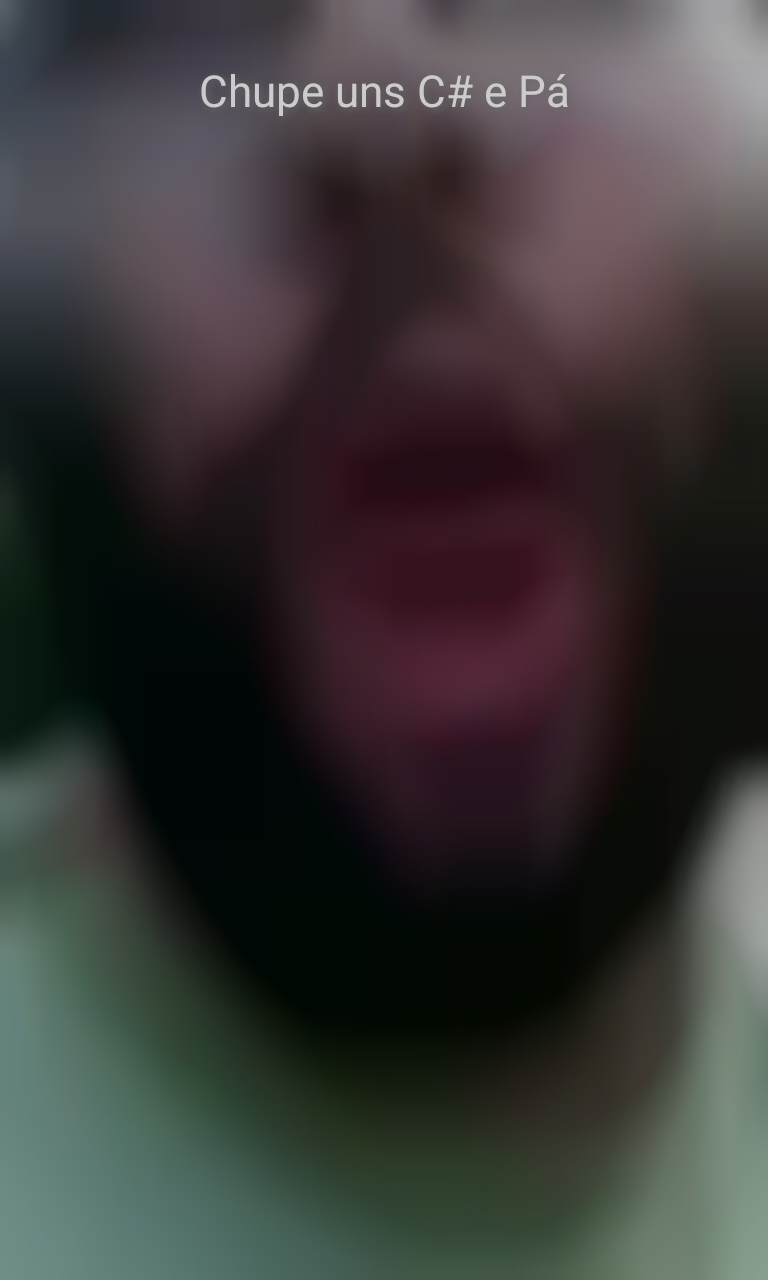
Repository: Cookahn/bioca_sounds
Layout: ChicoBiocaApp/res/layout/remix_activity.xml
The author's editor kept a copy of each file at every save. The layout is drawn from the files as they stood at one save, then again after the next save.
It is drawn on a 768 x 1280 px phone screen (xhdpi) without system bars, with theme AppTheme; the app's code is not run.

Above is the layout before, as saved 2014-08-13 14:44:09.

### ChicoBiocaApp/res/layout/remix_activity.xml
<?xml version="1.0" encoding="utf-8"?>
<LinearLayout xmlns:android="http://schemas.android.com/apk/res/android"
    android:layout_width="match_parent"
    android:layout_height="match_parent"
    android:background="@drawable/backgroundtofuck"
    android:orientation="vertical" >

    <TextView
        android:id="@+id/text_bioca"
        android:layout_width="match_parent"
        android:layout_height="50dp"
        android:layout_marginTop="30dp"
        android:layout_marginBottom="30dp"
        android:gravity="center_horizontal"
        android:shadowColor="#666"
        android:shadowDx="2"
        android:background="#3333380"
        android:shadowDy="2"
        android:shadowRadius="6"
        android:text="@string/suck_an_ass_and_pa"
        android:textColor="#ccc"
        android:textSize="22sp" />

    <ScrollView
        android:layout_width="match_parent"
        android:layout_height="match_parent" >

        <LinearLayout
            android:id="@+id/linear_button"
            android:layout_width="match_parent"
            android:layout_height="wrap_content"
            android:gravity="center_horizontal"
            android:orientation="vertical" >

            <!--
                 <Button
            android:id="@+id/i_want_to_know"
            android:layout_width="0dp"
            android:layout_height="wrap_content"
            android:layout_margin="5dp"
            android:layout_weight="1"
            android:background="@drawable/button_song"
            android:gravity="bottom|right"
            android:text="@string/i_want_to_know"
            android:textColor="#fff"
            android:textSize="12sp" />

        <Button
            android:id="@+id/glu"
            android:layout_width="0dp"
            android:layout_height="wrap_content"
            android:layout_margin="5dp"
            android:layout_weight="1"
            android:background="@drawable/button_song"
            android:gravity="bottom|right"
            android:text="@string/gluu"
            android:textColor="#fff"
            android:textSize="12sp" />

        <Button
            android:id="@+id/suck_ass"
            android:layout_width="0dp"
            android:layout_height="wrap_content"
            android:layout_margin="5dp"
            android:layout_weight="1"
            android:background="@drawable/button_song"
            android:gravity="bottom|right"
            android:text="@string/suck_an_ass"
            android:textColor="#fff"
            android:textSize="12sp" />
    </LinearLayout>

        <LinearLayout
        android:layout_width="match_parent"
        android:layout_height="wrap_content"
        android:orientation="horizontal"
        android:weightSum="3" >

        <Button
            android:id="@+id/pff_pff_pff"
            android:layout_width="0dp"
            android:layout_height="wrap_content"
            android:layout_margin="5dp"
            android:layout_weight="1"
            android:background="@drawable/button_song"
            android:gravity="bottom|right"
            android:text="@string/pff_pff_pff"
            android:textColor="#fff"
            android:textSize="12sp" />
            -->
        </LinearLayout>
    </ScrollView>

</LinearLayout>

### ChicoBiocaApp/res/values/strings.xml
<?xml version="1.0" encoding="utf-8"?>
<resources>

    <string name="app_name">Chico Bioca Remix</string>
    <string name="are_you_ready">Está preparado para a melhor TRANSA da sua Vida?</string>
    <string name="action_settings">Settings</string>
    <string name="i_want_to_fuck">Quero Transá</string>
    <string name="suck_an_ass_and_pa">Chupe uns C# e Pá</string>
    <string name="clean_version">Clean Version:</string>
    <string name="yes">Sim</string>
    <string name="no">Não</string>

    <!-- Bioca phrases -->
    <string name="i_want_to_know">Eu quero sabê</string>
    <string name="who_fuck">Quem é que transa</string>
    <string name="who_fuck_in_this_shit">Quem transa nessa porra</string>
    <string name="gluu">Gluuu</string>
    <string name="glooe">Gloooe</string>
    <string name="anal_sex">Sexo Anal</string>
    <string name="lh_smack">Lhlhlh smack</string>
    <string name="suck_an_ass">Chupá um cú</string>
    <string name="pa_and">Pá e sei que lá</string>
    <string name="have_sex">Transá mesmo</string>
    <string name="fuck_vagina">Comer vagina</string>
    <string name="everything">Tudo mais</string>
    <string name="i_dont_wanna_know">Quero nem saber nesse caraio</string>
    <string name="in_this_shit">Nessa porra</string>
    <string name="cool_tocacco">Um tabaco bem massa</string>
    <string name="for_us">Pra gente</string>
    <string name="pff">Pff</string>
    <string name="pff_pff">Pff Pfff</string>
    <string name="pff_pff_pff">Pf Pff Pfff</string>
    <string name="fuck_until">Fudê até o talo</string>
    <string name="aoe">Aeaoeaoeeae</string>

    <string-array name="phraseBioca">
        <item name="i_want_to_know">Quero sabê</item>
        <item name="who_fuck">Quem transa</item>
        <item name="who_fuck_in_this_shit">Transa nessa porra</item>
        <item name="gluu">Gluuu</item>
        <item name="glooe">Gloooe</item>
        <item name="anal_sex">Sexo Anal</item>
        <item name="lh_smack">Lhlhlh smack</item>
        <item name="suck_an_ass">Chupá um cú</item>
        <item name="pa_and">Sei que lá</item>
        <item name="have_sex">Transá mesmo</item>
        <item name="fuck_vagina">Comer vagina</item>
        <item name="everything">Tudo mais</item>
        <item name="i_dont_wanna_know">Quero nem sabê</item>
        <item name="in_this_shit">Nessa porra</item>
        <item name="cool_tocacco">Tabaco massa</item>
        <item name="for_us">Pra gente</item>
        <item name="pff">Pff</item>
   	    <item name="pff_pff">Pff Pfff</item>
        <item name="pff_pff_pff">Pf Pff Pfff</item>
        <item name="fuck_until">Fudê até</item>
        <item name="aoe">Aeaoe</item>
        <item name="aoe">Aeaoeaoeeae</item>

    </string-array>

    <string-array name="title_bioca">
    <item name="i_want_to_know">Eu quero sabê</item>
	<item name="who_fuck">Quem é que transa</item>
	<item name="who_fuck_in_this_shit">Quem transa nessa porra</item>
	<item name="gluu">Gluuu</item>
	<item name="glooe">Gloooe</item>
	<item name="anal_sex">Sexo Anal</item>
	<item name="lh_smack">Lhlhlh smack</item>
	<item name="suck_an_ass">Chupá um cú</item>
	<item name="pa_and">Pá e sei que lá</item>
	<item name="have_sex">Transá mesmo</item>
	<item name="fuck_vagina">Comer vagina</item>
	<item name="everything">Tudo mais</item>
	<item name="i_dont_wanna_know">Quero nem saber nesse caraio</item>
	<item name="in_this_shit">Nessa porra</item>
	<item name="cool_tocacco">Um tabaco bem massa</item>
	<item name="for_us">Pra gente</item>
	<item name="pff">Pff</item>
	<item name="pff_pff">Pff Pfff</item>
	<item name="pff_pff_pff">Pf Pff Pfff</item>
	<item name="fuck_until">Fudê até o talo</item>
	<item name="aoe">Aeaoeaoeeae</item>
    </string-array>

</resources>

Loaded but not shown: ChicoBiocaApp/res/values/styles.xml (common file); ChicoBiocaApp/res/values-v11/styles.xml (common file); ChicoBiocaApp/res/values-v14/styles.xml (common file)

After the next save:
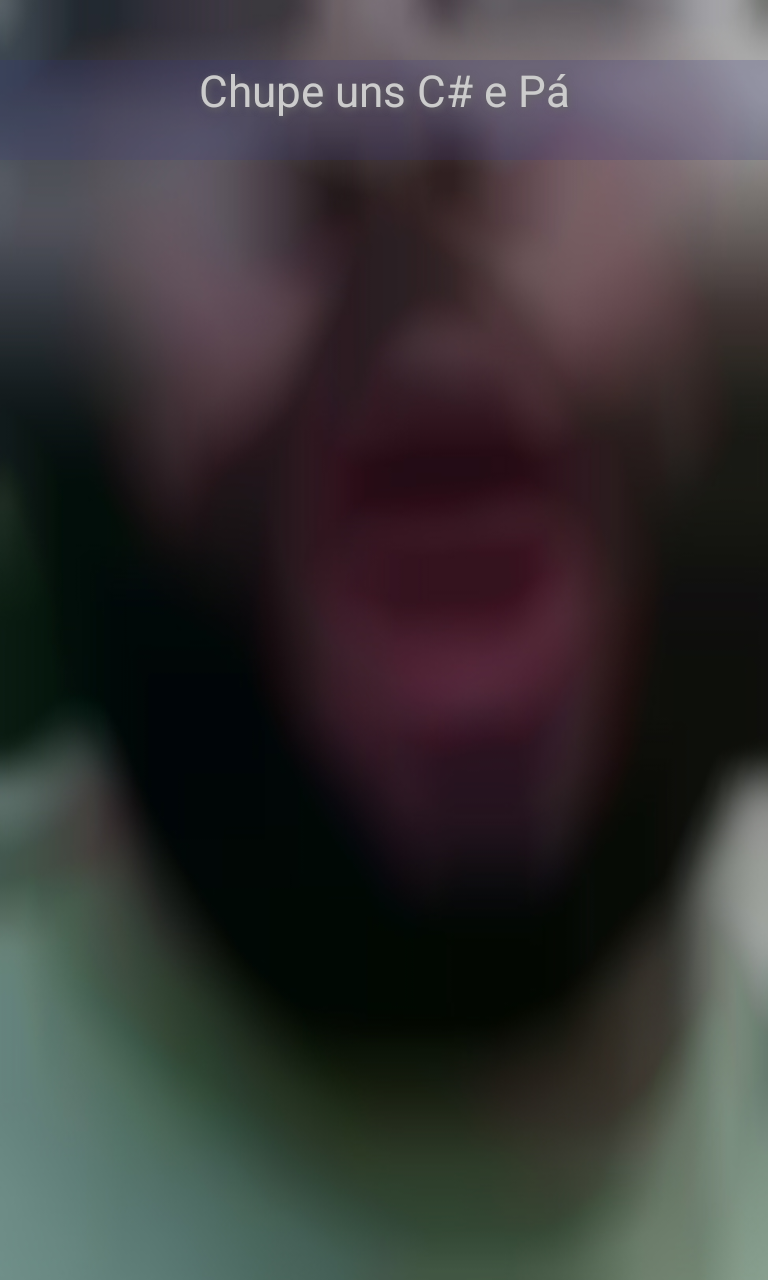
Saved 8 s later.
--- a/ChicoBiocaApp/res/layout/remix_activity.xml
+++ b/ChicoBiocaApp/res/layout/remix_activity.xml
@@ -14,7 +14,7 @@
         android:gravity="center_horizontal"
         android:shadowColor="#666"
         android:shadowDx="2"
-        android:background="#3333380"
+        android:background="#33333380"
         android:shadowDy="2"
         android:shadowRadius="6"
         android:text="@string/suck_an_ass_and_pa"
